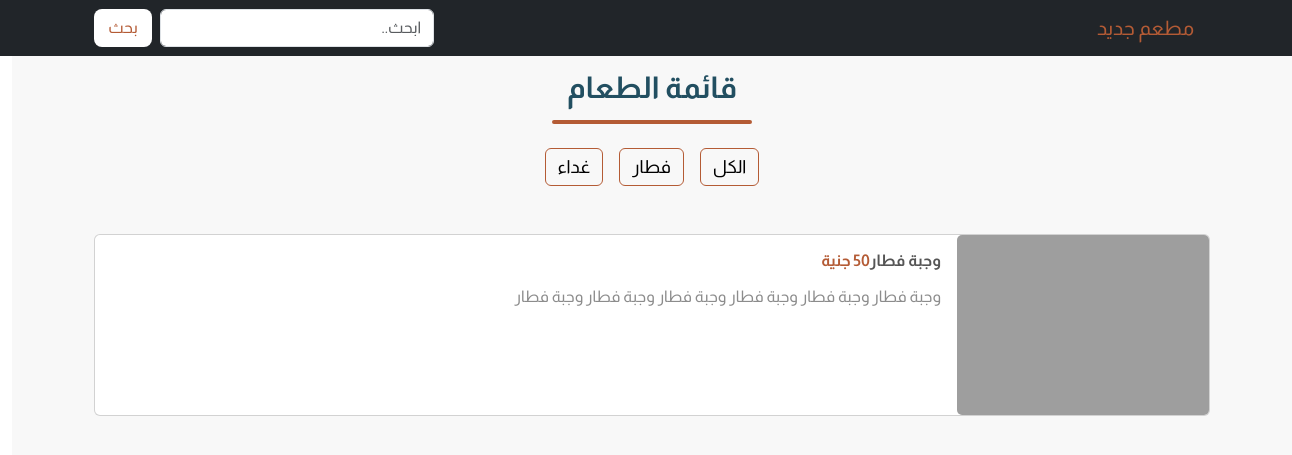
Repository: kerlos-alfy/Restaurant-Menu
Page: /
The author's editor kept a copy of each file at every save. The page is drawn from the files as they stood at one save, then again after the next save.
The browser window is 1280 px wide. The page is 1292 px wide, so the pictures cover 1292 px, including what lies to the right of the window. The pictures show the whole page.
Pictures or frames that could not be fetched are drawn as grey boxes. Some web fonts or font styles are not loaded; a fallback is used. The project was rebuilt for these pictures with package versions that can differ from the ones it lists, and the page was loaded fresh each time. Also part of the build but not shown: vite.config.js, src/App.css.

Above is the page before, as saved 2024-12-20 01:31:53.

### index.html
<!DOCTYPE html>
<html lang="ar" dir="rtl">
	<head>
		<meta charset="UTF-8" />
		<link rel="icon" type="image/svg+xml" href="/vite.svg" />
		<link
			rel="stylesheet"
			href="https://cdn.jsdelivr.net/npm/bootstrap@5.3.2/dist/css/bootstrap.min.css"
			integrity="sha384-T3c6CoIi6uLrA9TneNEoa7RxnatzjcDSCmG1MXxSR1GAsXEV/Dwwykc2MPK8M2HN"
			crossorigin="anonymous" />
		<!-- Start Font Google Arabic  -->
		<link rel="preconnect" href="https://fonts.googleapis.com" />
		<link rel="preconnect" href="https://fonts.gstatic.com" crossorigin />
		<link
			href="https://fonts.googleapis.com/css2?family=Alkalami&family=Almarai:wght@300;400;700;800&family=Cairo:wght@200..1000&family=Rakkas&display=swap"
			rel="stylesheet" />
		<!-- End Font Google Arabic  -->
		<meta name="viewport" content="width=device-width, initial-scale=1.0" />
		<title>Vite + React</title>
	</head>
	<body>
		<div id="root"></div>
		<script type="module" src="/src/main.jsx"></script>
	</body>
</html>

### src/index.css
/* :root {
  font-family: Inter, system-ui, Avenir, Helvetica, Arial, sans-serif;
  line-height: 1.5;
  font-weight: 400;

  color-scheme: light dark;
  color: rgba(255, 255, 255, 0.87);
  background-color: #242424;

  font-synthesis: none;
  text-rendering: optimizeLegibility;
  -webkit-font-smoothing: antialiased;
  -moz-osx-font-smoothing: grayscale;
}

a {
  font-weight: 500;
  color: #646cff;
  text-decoration: inherit;
}
a:hover {
  color: #535bf2;
}

body {
  margin: 0;
  display: flex;
  place-items: center;
  min-width: 320px;
  min-height: 100vh;
}

h1 {
  font-size: 3.2em;
  line-height: 1.1;
}

button {
  border-radius: 8px;
  border: 1px solid transparent;
  padding: 0.6em 1.2em;
  font-size: 1em;
  font-weight: 500;
  font-family: inherit;
  background-color: #1a1a1a;
  cursor: pointer;
  transition: border-color 0.25s;
}
button:hover {
  border-color: #646cff;
}
button:focus,
button:focus-visible {
  outline: 4px auto -webkit-focus-ring-color;
}

@media (prefers-color-scheme: light) {
  :root {
    color: #213547;
    background-color: #ffffff;
  }
  a:hover {
    color: #747bff;
  }
  button {
    background-color: #f9f9f9;
  }
} */

.color-body {
	background-color: #f8f8f8;
	height: 100vh;
}
.font {
	font-family: "Almarai", sans-serif;
}
.title {
	color: #224f61;
	font-family: Almarai;
	font-size: 30px;
	font-weight: bold;
	letter-spacing: 0;
	line-height: 64px;
}
.underline {
	height: 1px;
	width: 200px;
	border-radius: 10px;
	border: 2px solid #b45b35;
}
.btn {
	color: black;
	font-family: Almarai;
	font-size: 18px;
	letter-spacing: 0;
	line-height: 24px;
}
.btn:hover {
	color: black;
	font-family: Almarai;
	font-size: 18px;
	font-weight: bold;
	letter-spacing: 0;
	line-height: 24px;
	border-radius: 11px;
	border: none;
	background-color: #b45b35;
}
.img-item {
	height: 180px;
	width: 252px;
	border-radius: 5px;
}
.item-description {
	color: #8c8c8c;
	font-family: Almarai;
	font-size: 16px;
	letter-spacing: 0;
	line-height: 20px;
}
.item-title {
	color: #555555;
	font-family: Almarai;
	font-size: 16px;
	font-weight: bold;
	letter-spacing: 0;
	line-height: 20px;
}
.card-color {
	background-color: #f8f8f8;
}
.item-price {
	color: #b45b35;
	font-family: Almarai;
	font-size: 16px;
	font-weight: bold;
	letter-spacing: 0;
	line-height: 20px;
}
.btn-search {
	border: none;
	cursor: pointer;
	color: #b45b35;
	border-radius: 3px solid #b45b35;
	border-radius: 8px;
	background-color: white;
	width: 72px;
	font-weight: 500;
}
.btn-search:hover {
	color: white;
	border-radius: 3px solid white;
	background-color: #b45b35;
	border-radius: 8px;
}
.brand-color {
	color: #b45b35;
}

### src/App.jsx
import { Container } from "react-bootstrap";
import "./App.css";
import NavBar from "./components/NavBar";
import Header from "./components/Header";
import Category from "./components/Category";
import ItemsList from "./components/ItemsList";
function App() {
	return (
		<div className="color-body font">
			<NavBar />
			<Container>
				<Header />
				<Category />
				<ItemsList />
			</Container>
		</div>
	);
}

export default App;

### src/components/NavBar.jsx
import { Navbar, Container, Row, Nav, Form, FormControl } from "react-bootstrap";
const NavBar = () => {
	return (
		<Row>
			<Navbar bg="dark" expand="lg" variant="dark">
				<Container>
					<Navbar.Brand href="#">
						<div className="brand-color">مطعم جديد</div>
					</Navbar.Brand>
					<Navbar.Toggle aria-controls="navbarScroll" />
					<Navbar.Collapse id="navbarScroll">
						<Nav className="me-auto my-2 my-lg-0" style={{ maxHeight: "100px" }} navbarScroll></Nav>
						<Form className="d-flex">
							<FormControl type="text" placeholder="ابحث.." className="mx-2" />
							<button className="btn-search">بحث</button>
						</Form>
					</Navbar.Collapse>
				</Container>
			</Navbar>
		</Row>
	);
};

export default NavBar;

### src/components/Header.jsx
import { Col, Row } from "react-bootstrap";

const Header = () => {
	return (
		<Row>
			<Col sm="12" className="text-center justify-content-center">
				<div className="title">قائمة الطعام </div>
				<div className="justify-content-center d-flex">
					<p className="underline"></p>
				</div>
			</Col>
		</Row>
	);
};

export default Header;

### src/components/Category.jsx
import { Col, Row } from "react-bootstrap";

const Category = () => {
	return (
		<Row className="my-2 mb-5">
			<Col sm="12" className=" justify-content-center d-flex">
				<div>
					<button style={{ border: "1px solid #b45b35" }} className="btn mx-2">
						الكل
					</button>
					<button style={{ border: "1px solid #b45b35" }} className="btn mx-2">
						فطار
					</button>
					<button style={{ border: "1px solid #b45b35" }} className="btn mx-2">
						غداء
					</button>
				</div>
			</Col>
		</Row>
	);
};

export default Category;

### src/components/ItemsList.jsx
import { Card, Col, Row } from "react-bootstrap";

const ItemsList = () => {
	return (
		<Row>
			<Col sm="12" className="mb-3">
				<Card className="d-flex flex-row">
					<Card.Img className="img-item" variant="top" src="https://ichef.bbci.co.uk/food/ic/food_16x9_832/recipes/spicy_salmon_bite_rice_16300_16x9.jpg" />
					<Card.Body>
						<Card.Title className="d-flex">
							<div className="item-title">وجبة فطار</div>
							<div className="item-price"> 50 جنية</div>
						</Card.Title>
						<Card.Text className="py-2">
							<div className="item-description">وجبة فطار وجبة فطار وجبة فطار وجبة فطار وجبة فطار وجبة فطار</div>
						</Card.Text>
					</Card.Body>
				</Card>
			</Col>
		</Row>
	);
};

export default ItemsList;

Loaded but not shown: src/main.jsx (common file)

After the next save:
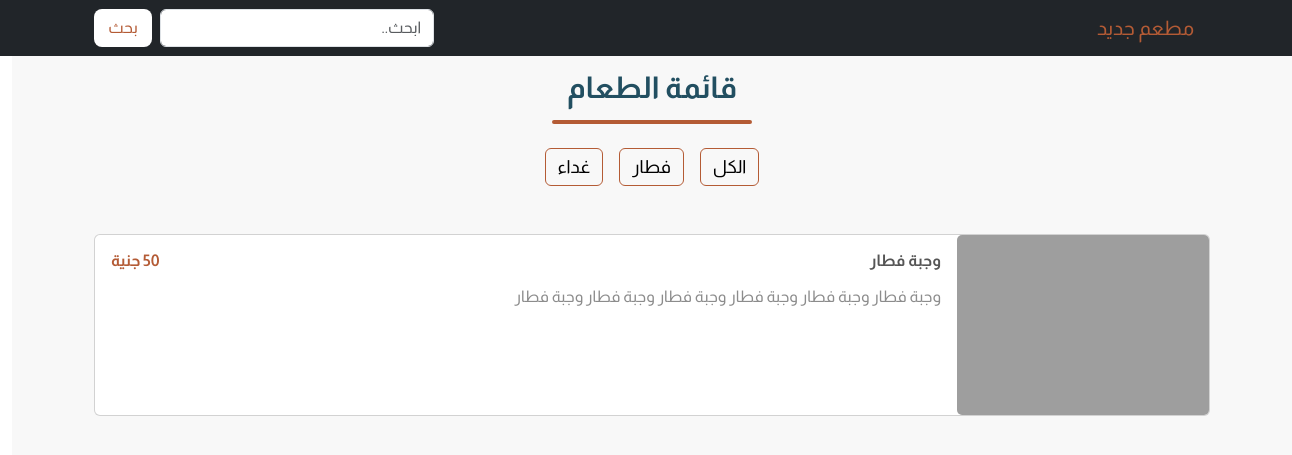
Saved 8 s later.
--- a/src/components/ItemsList.jsx
+++ b/src/components/ItemsList.jsx
@@ -7,7 +7,7 @@ const ItemsList = () => {
 				<Card className="d-flex flex-row">
 					<Card.Img className="img-item" variant="top" src="https://ichef.bbci.co.uk/food/ic/food_16x9_832/recipes/spicy_salmon_bite_rice_16300_16x9.jpg" />
 					<Card.Body>
-						<Card.Title className="d-flex">
+						<Card.Title className="d-flex justify-content-between">
 							<div className="item-title">وجبة فطار</div>
 							<div className="item-price"> 50 جنية</div>
 						</Card.Title>
